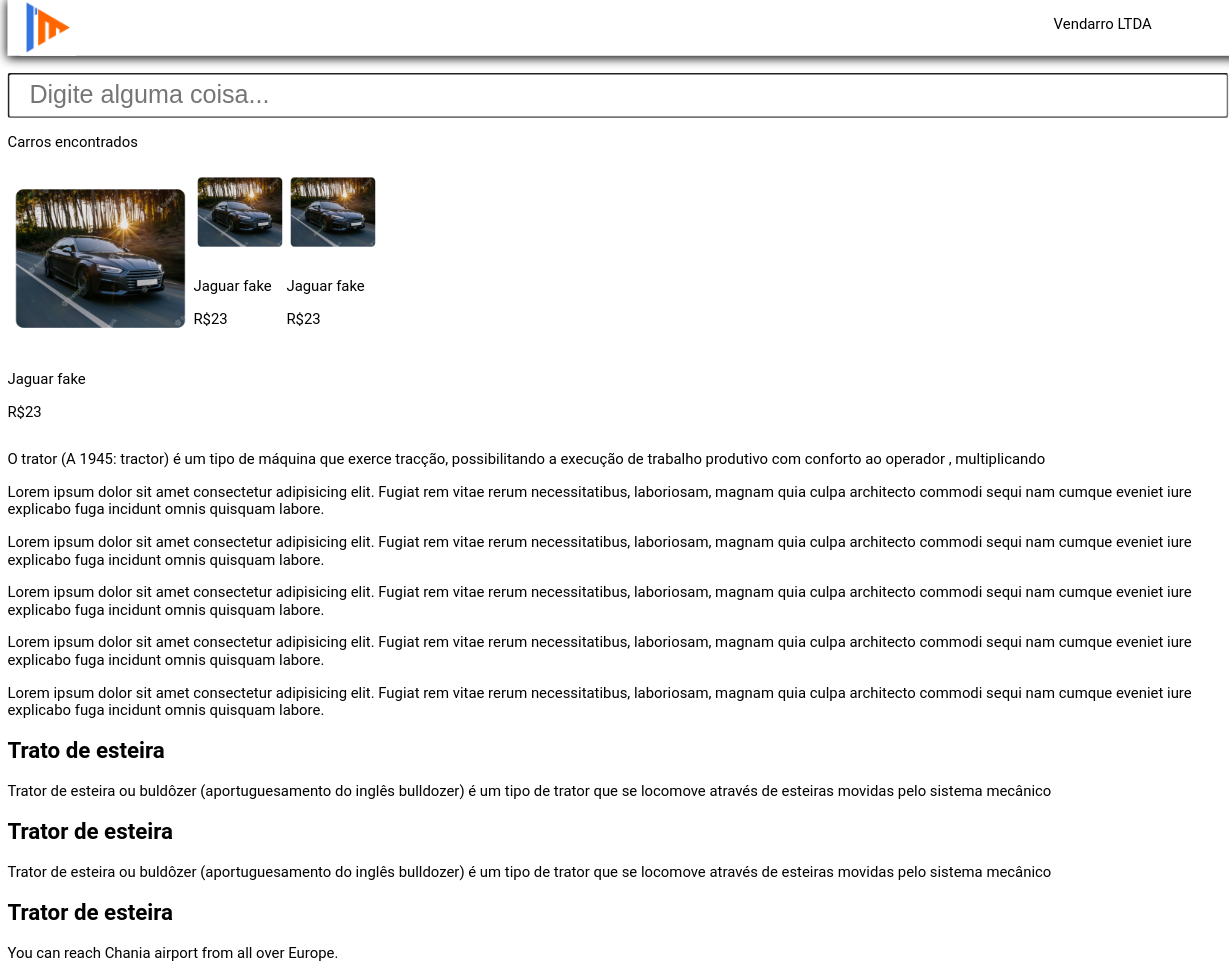
Repository: ecrseer/pesquisa-carros-html
Page: index.html
An editor plug-in stored every save of this project. The page is shown before and after the next save, followed by the edit.
The browser window is 1280 px wide. The page is 1321 px wide, so the pictures cover 1321 px, including what lies to the right of the window. The pictures show the whole page, at 93% of full size.

Above is the page before, as saved 2022-01-21 17:08:11.

After the next save:
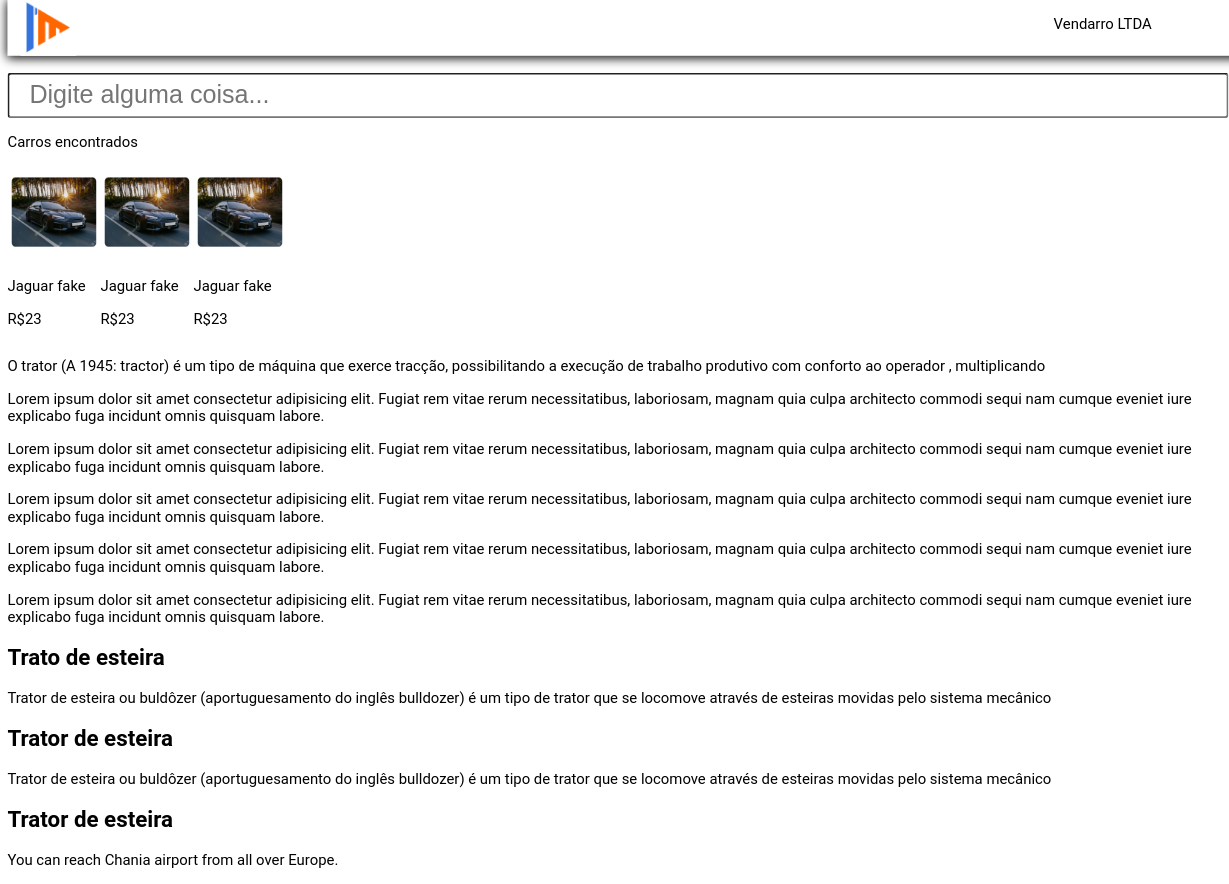
Saved 27 s later.
--- a/index.css
+++ b/index.css
@@ -38,7 +38,7 @@
   }
   .grid{
     display: grid;
-    grid-template-columns: 200px repeat(auto-fill, 100px)
+    grid-template-columns: repeat(auto-fill, 100px)
   }
   .card{
 
